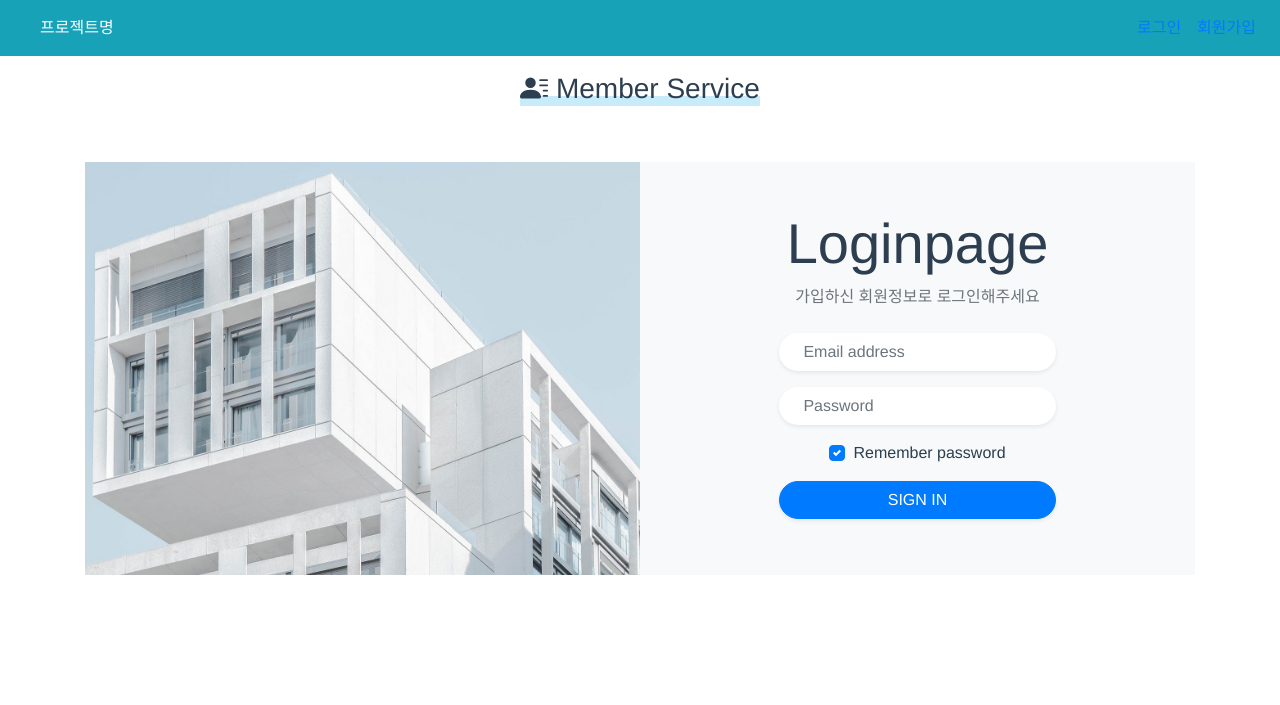
Repository: cheery72/Project_Real_estate
Page: /user/singin (app in frontend/)
These files come from the project's save history. The page is drawn as it stood at one moment and after the next save; the edit follows.
The browser window is 1280 px wide. The pictures show the whole page.
The project was rebuilt for these pictures with package versions that can differ from the ones it lists, and the page was loaded fresh each time. Also part of the build but not shown: frontend/vue.config.js, frontend/src/components/user/child/MemberJoinForm.vue, frontend/src/components/user/MemberJoin.vue, frontend/src/components/user/child/MemberInfoForm.vue, frontend/src/components/user/MemberMyPage.vue, frontend/src/components/user/BookMarkListRow.vue, frontend/src/components/user/MemberMyBookmark.vue. Imported but missing from the stored project, and not drawn on this page: frontend/src/views/Home.vue.

Above is the page before, as saved 2021-11-25 11:13:07.

After the next save:
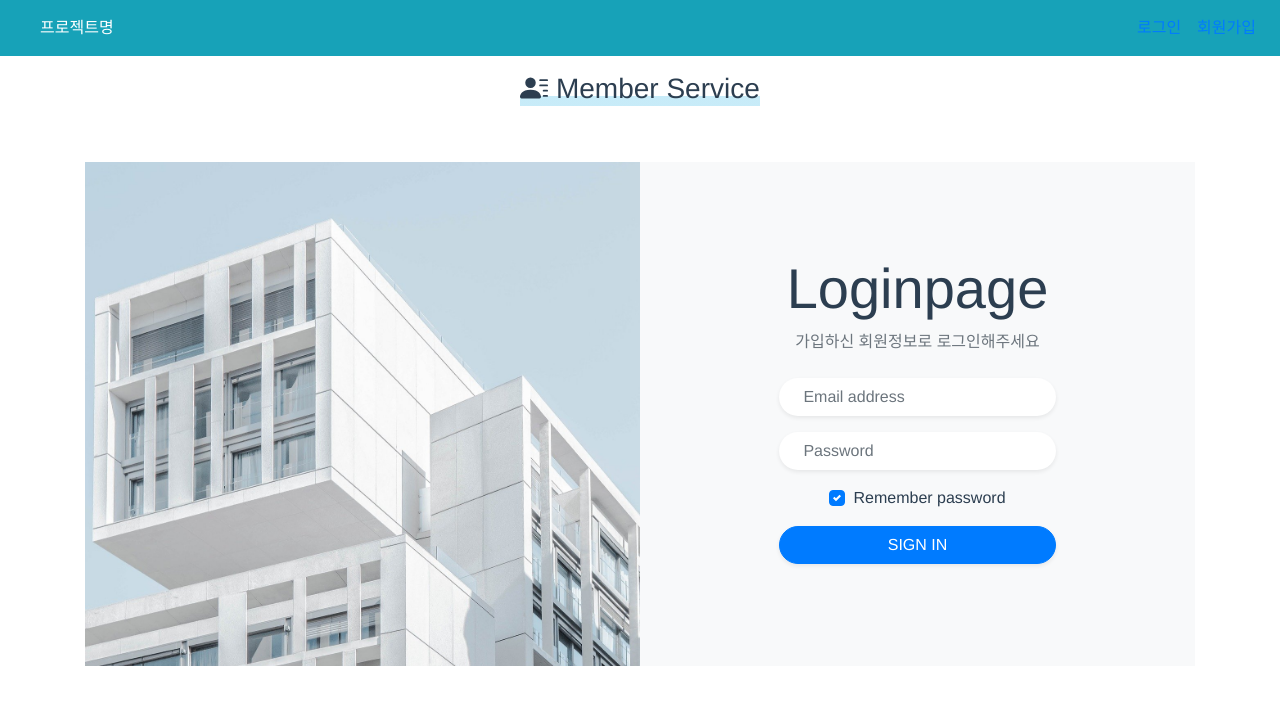
Saved 21 s later.
--- a/frontend/src/components/user/MemberLogin.vue
+++ b/frontend/src/components/user/MemberLogin.vue
@@ -45,7 +45,7 @@
 <style>
 .login,
 .image {
-  min-height: 50vh;
+  min-height: 70vh;
 }
 
 .bg-image {
